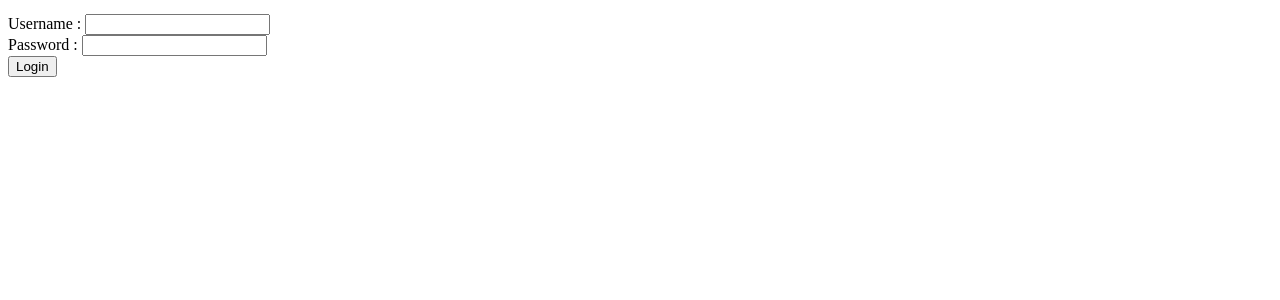
Repository: ngttuyen/JavaWeb
Page: http://localhost/Workshop4/login.jsp
An editor plug-in stored every save of this project. The page is shown before and after the next save, followed by the edit.
The browser window is 1280 px wide. The pictures show the whole page.
The page is served by Tomcat 9.

Above is the page before, as saved 2019-05-29 10:35:38.

After the next save:
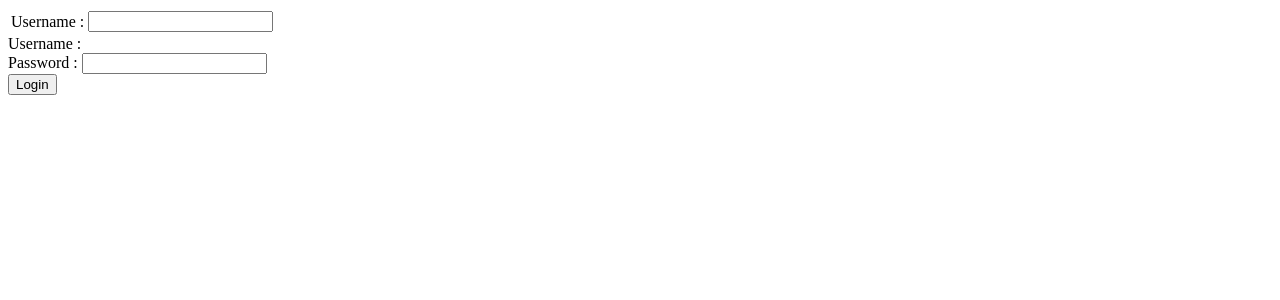
Saved 13 s later.
--- a/Workshop4/WebContent/login.jsp
+++ b/Workshop4/WebContent/login.jsp
@@ -10,13 +10,13 @@
 	<form action="" method="post">
 		<table>
 			<tr>
-				<td></td>
-				<td></td>
+				<td><label>Username : </label></td>
+				<td><input type="text" name="username"></td>
 			</tr>
 
 
 		</table>
-		<label>Username : </label><input type="text" name="username"><br>
+		<label>Username : </label><br>
 		<label>Password : </label><input type="password" name="password"><br>
 		<input type="submit" value="Login"><br>
 	</form>
